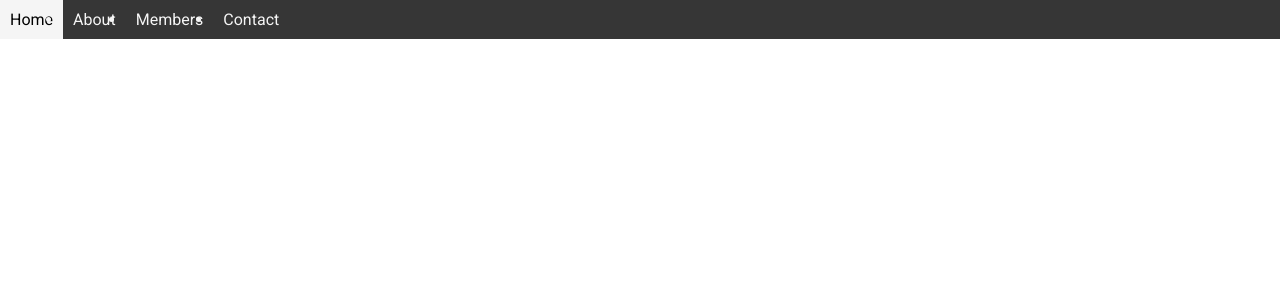
Repository: hieu-22/w3_band_UI
Page: index.html
An editor plug-in stored every save of this project. The page is shown before and after the next save, followed by the edit.
The browser window is 1280 px wide. The pictures show the whole page.

Above is the page before, as saved 2022-12-30 09:05:21.

### index.html
<!DOCTYPE html>
<html lang="en">
<head>
    <meta charset="UTF-8">
    <meta http-equiv="X-UA-Compatible" content="IE=edge">
    <meta name="viewport" content="width=device-width, initial-scale=1.0">
    <title>The band - by w3school</title>
    <link rel="stylesheet" href="assets/css/style.css">
    <link rel="preconnect" href="https://fonts.googleapis.com"><link rel="preconnect" href="https://fonts.gstatic.com" crossorigin><link href="https://fonts.googleapis.com/css2?family=Roboto:wght@100;300;400;500;700&display=swap" rel="stylesheet">
</head>
<body>
    <header class="header">
        <nav class="navigation-bar">
            <ul class="navigation-bar__list">
                <li class="navigation-bar__list-item">
                    Home
                </li>
                <li class="navigation-bar__list-item">
                    About
                </li>
                <li class="navigation-bar__list-item">
                    Members
                </li>
                <li class="navigation-bar__list-item">
                    Contact
                </li>
            </ul>
        </nav>
        <div class="banner"></div>
    </header>

    <main>

    </main>

    <footer>

    </footer>
</body>
</html>

### assets/css/style.css
* {
    box-sizing: border-box;
    padding: 0;
    margin: 0;

}

html {
    font-family: 'Roboto', sans-serif;
    font-size: 16px;
}

.navigation-bar {
    position: absolute;
    top: 0;
    left: 0;
    width: 100%;
    background-color: rgb(54, 54, 54);
}

.navigation-bar__list {
    display: flex;
    justify-content: flex-start;
    align-items: center;
    border-radius: 2px;
}

.navigation-bar__list-item {
    padding: 10px;
    color: whitesmoke;
}
.navigation-bar__list-item:hover {
    background-color: whitesmoke;
    color: black;
    cursor: pointer;
}

.banner {
    background-image: url('../img/img_la.jpg');
    background-size: cover;
}

After the next save:
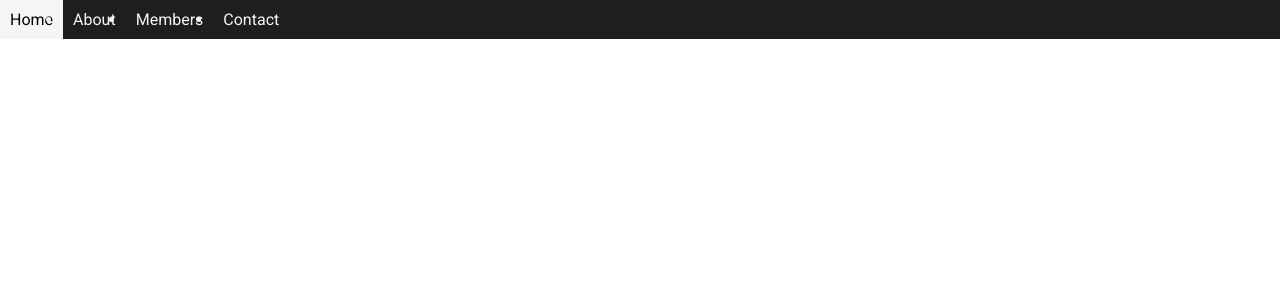
Saved 11 s later.
--- a/assets/css/style.css
+++ b/assets/css/style.css
@@ -15,7 +15,7 @@ html {
     top: 0;
     left: 0;
     width: 100%;
-    background-color: rgb(54, 54, 54);
+    background-color: rgb(30, 30, 30);
 }
 
 .navigation-bar__list {
